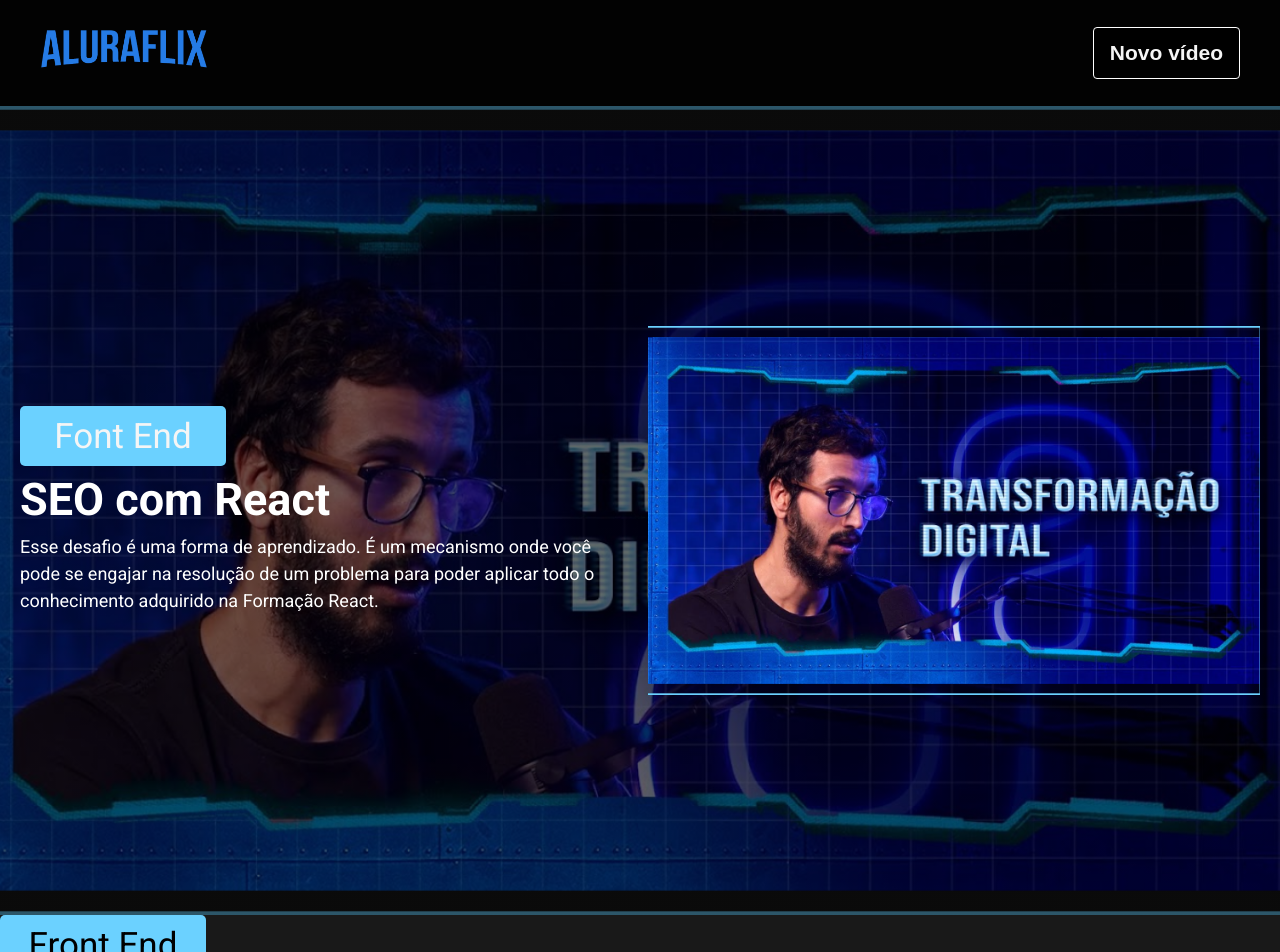
Repository: CarlosEduardoVdeOliveira/aluraflix
Page: /
The author's editor kept a copy of each file at every save. The page is drawn from the files as they stood at one save, then again after the next save.
The browser window is 1280 px wide. The pictures show the part of the page from y = 0 to 952 px (the page is 2961 px tall).
The project was rebuilt for these pictures with package versions that can differ from the ones it lists, and the page was loaded fresh each time. Also part of the build but not shown: vite.config.js, src/components/Input/Input.module.css, src/components/Input/index.jsx, src/components/TextArea/TextArea.module.css, src/components/TextArea/index.jsx, src/pages/RegisterVideo/Register.module.css, src/pages/RegisterVideo/index.jsx, src/components/Table/Table.module.css and 3 more.

Above is the page before, as saved 2023-09-26 10:16:00.

After the next save:
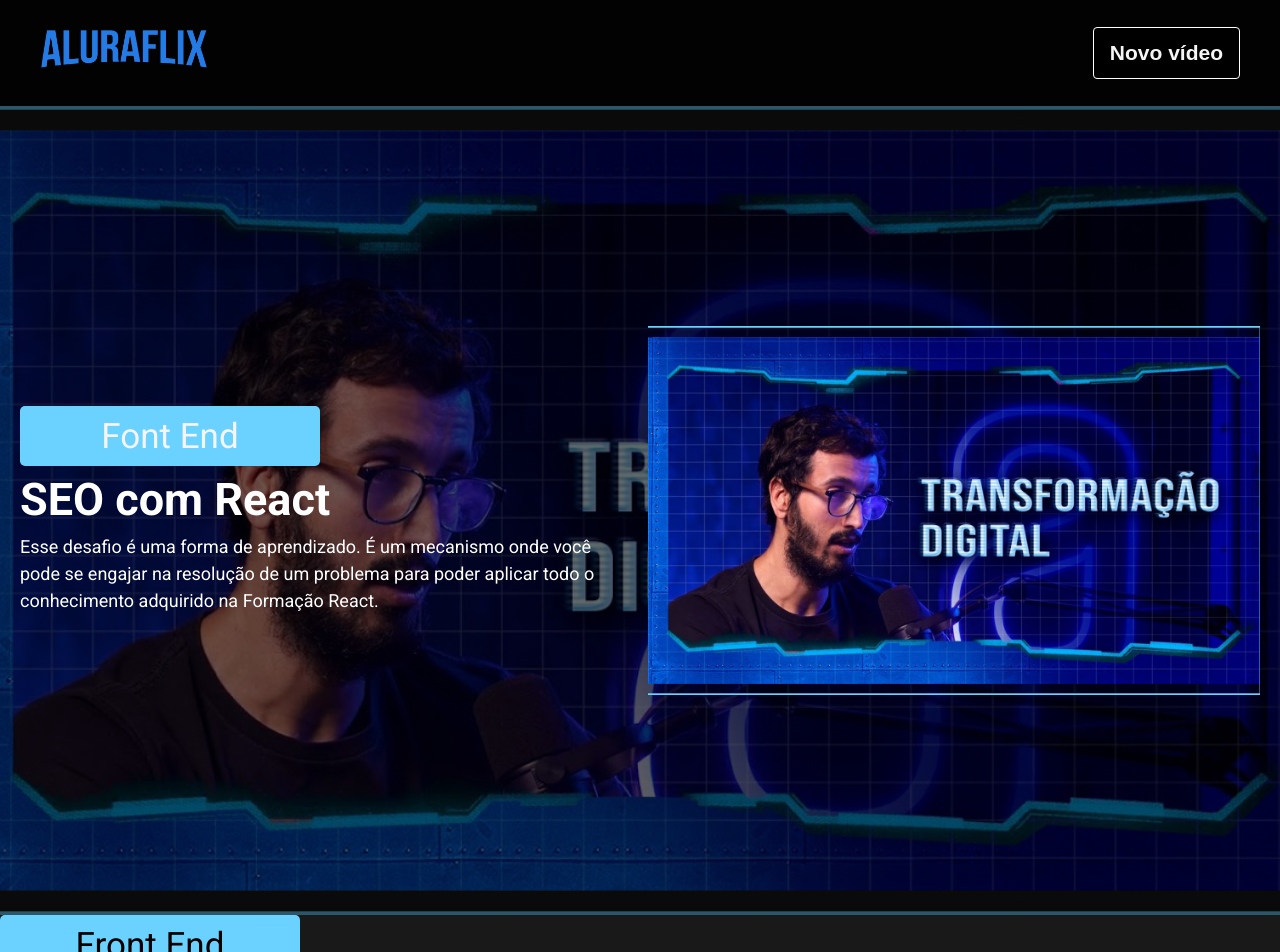
Saved 92 s later.
--- a/src/components/TitleCategory/TitleCategory.module.css
+++ b/src/components/TitleCategory/TitleCategory.module.css
@@ -1,6 +1,5 @@
 .container{
-  min-width: 206px;
-  max-width: 206px;
+  width: 300px;
   height: 60px;
   padding: 5px;
   text-align: center;
